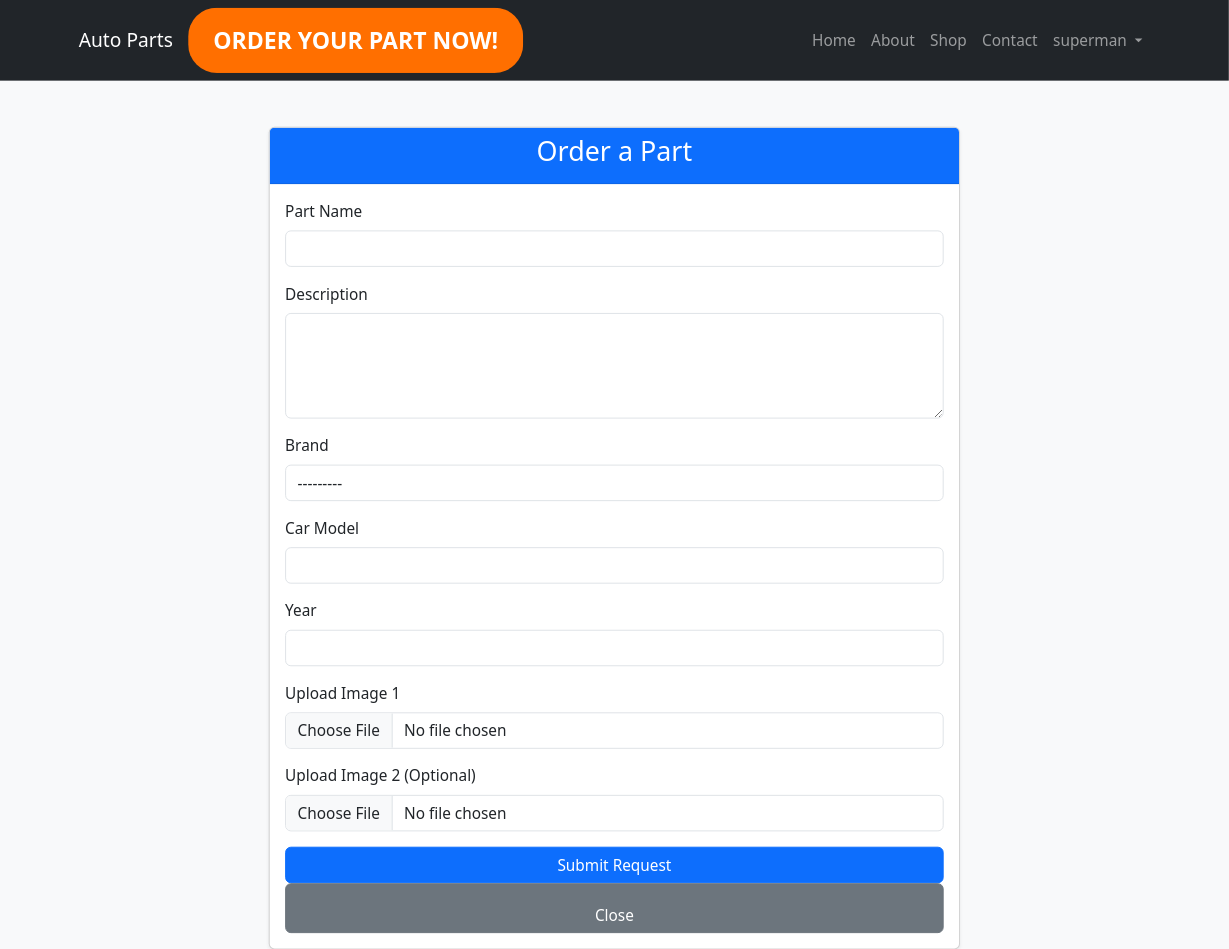
Repository: Jijiluzana225/onlineparts
Page: http://localhost/order/
The author's editor kept a copy of each file at every save. The page is drawn from the files as they stood at one save, then again after the next save.
The browser window is 1280 px wide. The pictures show the whole page, at 96% of full size.
The page is served by the project's application, run on Django 5.2 (manage.py). The first stored user is signed in. The page reads the database file committed with the project.

Above is the page before, as saved 2025-02-19 13:36:14.

After the next save:
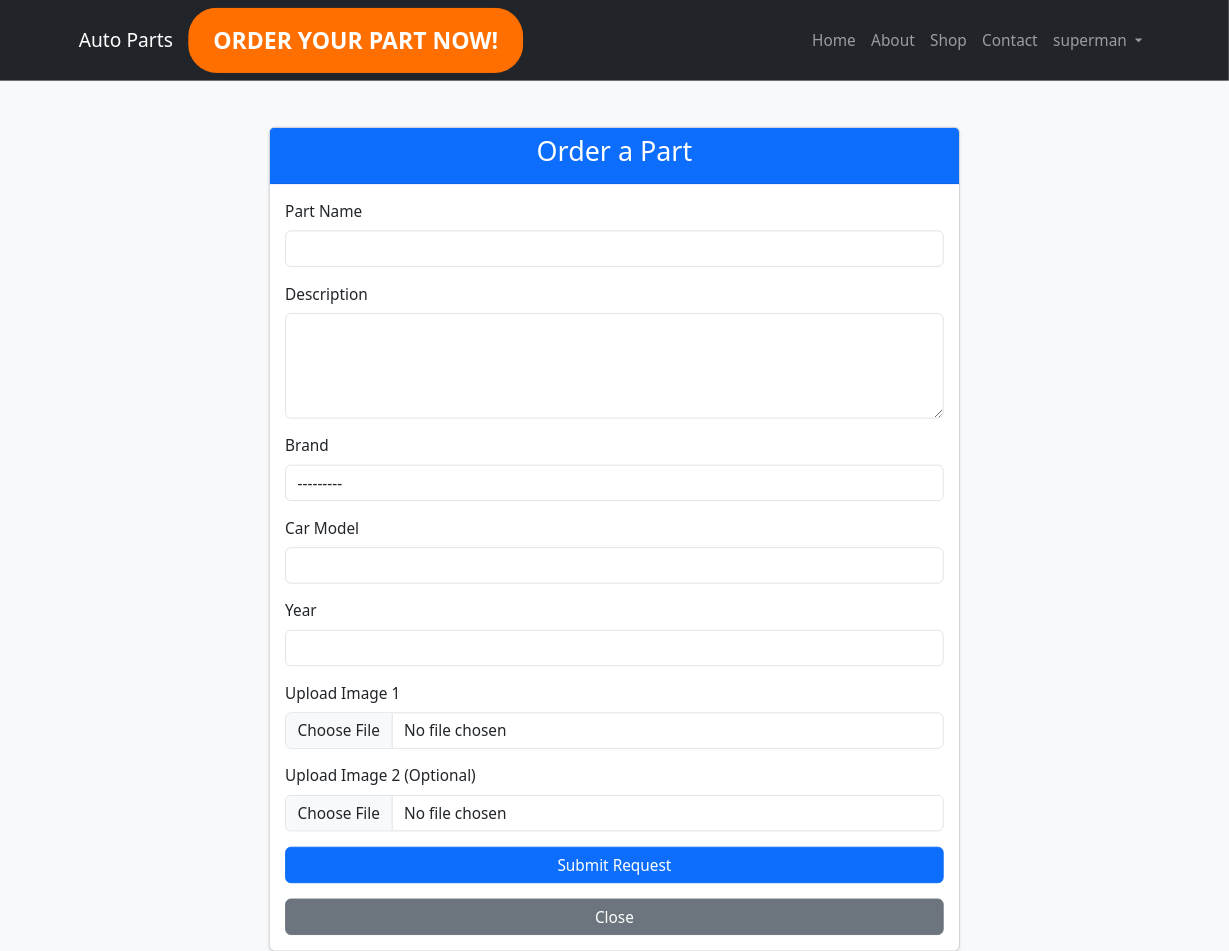
Saved 47 s later.
--- a/orders/templates/orders/order_part.html
+++ b/orders/templates/orders/order_part.html
@@ -50,7 +50,7 @@
 
                         <button type="submit" class="btn btn-primary w-100">Submit Request</button>
 
-                        <button style="padding-top:20px" type="button" class="btn btn-secondary w-100" onclick="location.href='{% url 'home' %}'">
+                        <button type="button" class="btn btn-secondary w-100 mt-3" onclick="location.href='{% url 'home' %}'">
                             Close
                         </button>
 
